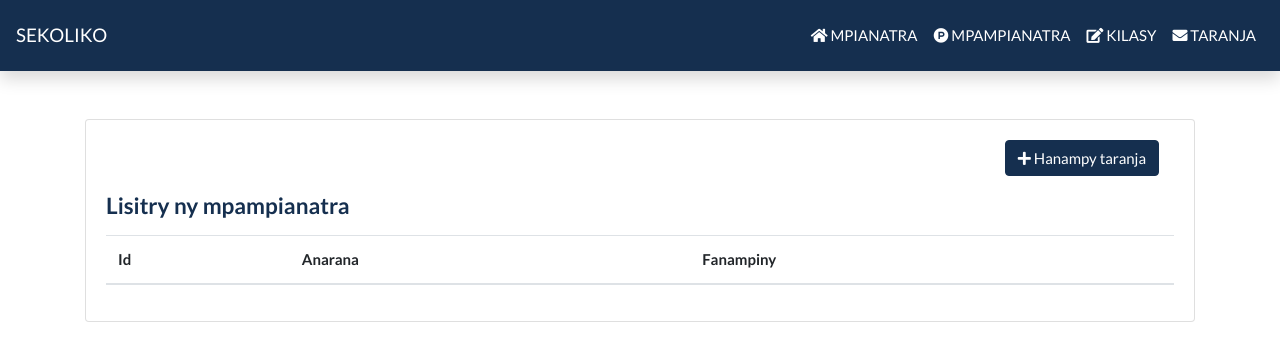
Repository: niainamahefa/j2ee-sekoliko
Page: http://localhost/Ecole/professeur
These files come from the project's save history. The page is drawn as it stood at one moment and after the next save; the edit follows.
The browser window is 1280 px wide. The pictures show the whole page.
The page is served by Tomcat 9. Queries for data that is not in the repository find no rows.

Above is the page before, as saved 2021-02-07 14:28:47.

After the next save:
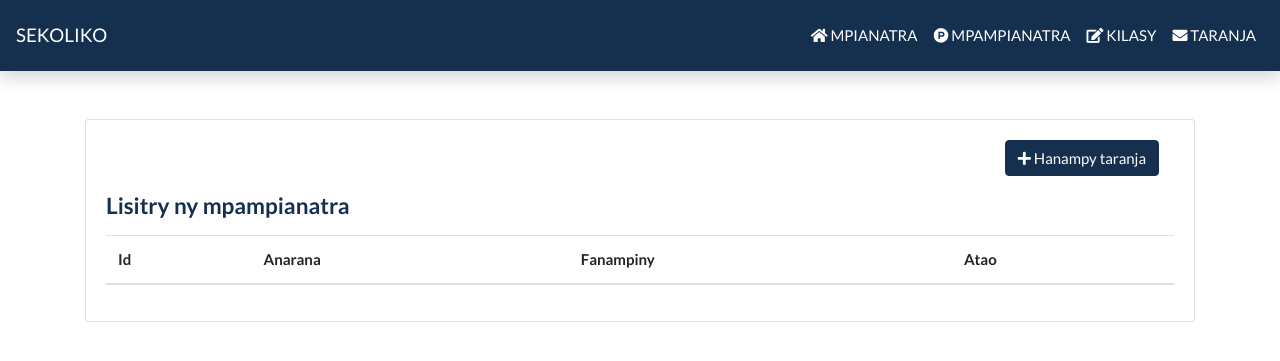
Saved 2 min 42 s later.
--- a/Ecole/WebContent/WEB-INF/professeur.jsp
+++ b/Ecole/WebContent/WEB-INF/professeur.jsp
@@ -48,6 +48,7 @@
                             <th>Id</th>
                             <th>Anarana</th>
                             <th>Fanampiny</th>
+                             <th>Atao</th>
 
                         </tr>
                     </thead>
